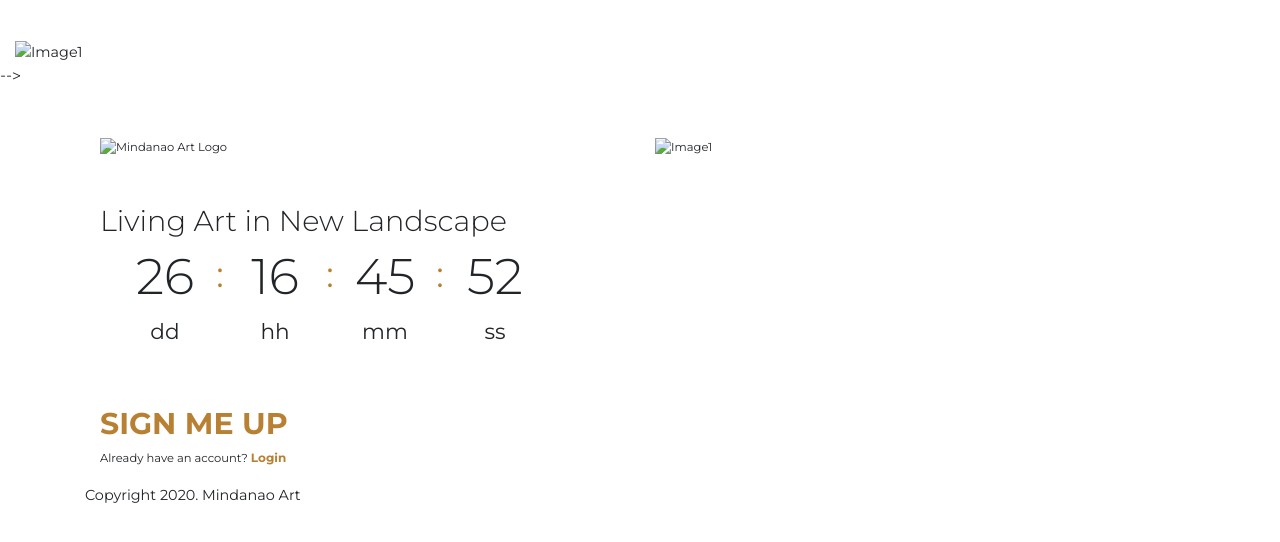
Repository: KleKlai/project-exodus
Page: http://localhost/
The author's editor kept a copy of each file at every save. The page is drawn from the files as they stood at one save, then again after the next save.
The browser window is 1280 px wide. The pictures show the whole page.
The page is served by the project's Laravel application, run on PHP 8.4 with Laravel 8.

Above is the page before, as saved 2020-10-02 19:25:05.

After the next save:
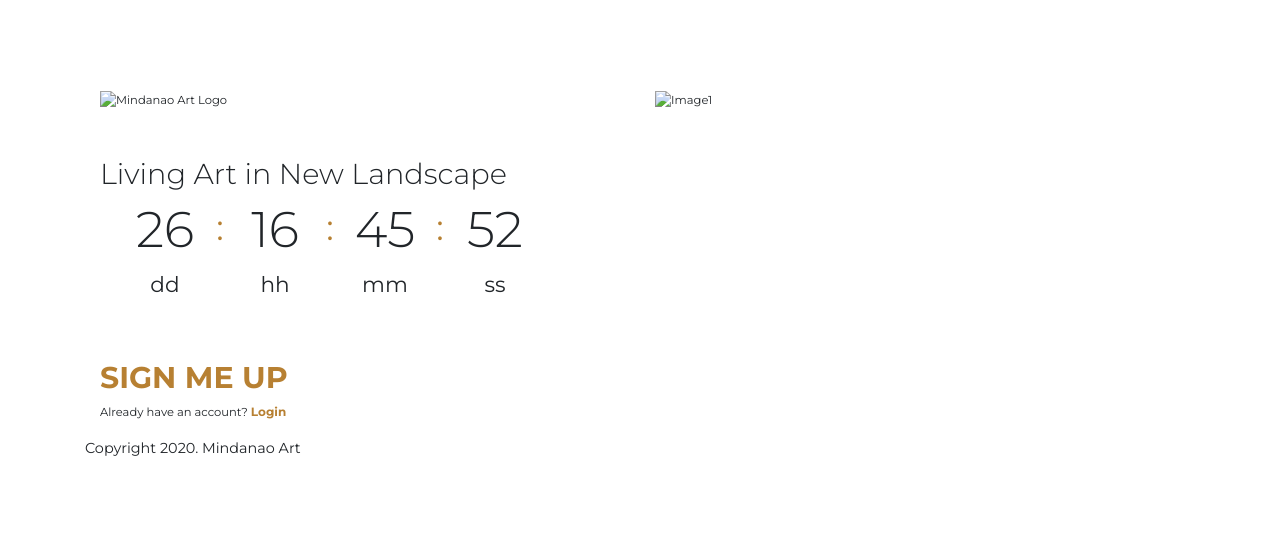
Saved 13 s later.
--- a/resources/views/welcome.blade.php
+++ b/resources/views/welcome.blade.php
@@ -178,7 +178,6 @@
                                         <font-awesome-icon icon="angle-right" />
                                     </a>
                                     <p>Already have an account? <a class="link" style="font-size: 12px;" href="/login">Login</a></p>
-                                    <!-- <p>To get up-to-date news</p> -->
                                 </div>
                             </div>
                         </div>
